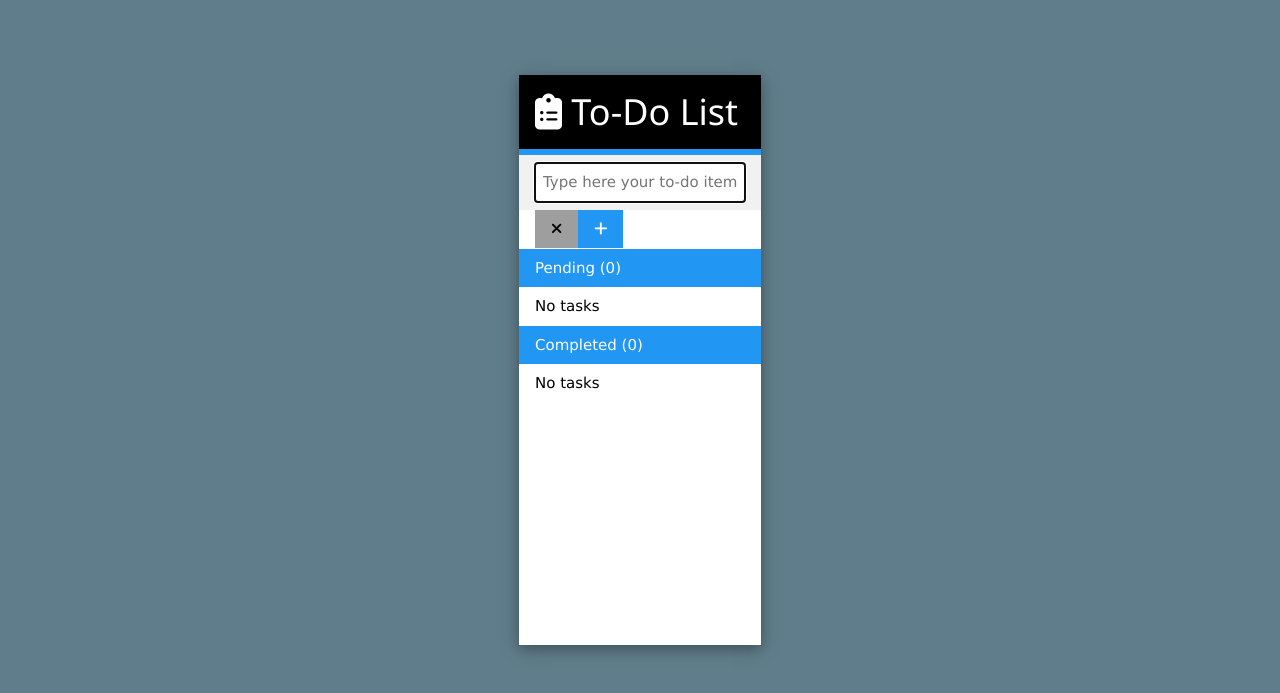
Repository: bclover/vue3-design-patterns-book
Page: /
The author's editor kept a copy of each file at every save. The page is drawn from the files as they stood at one save, then again after the next save.
The browser window is 1280 px wide. The pictures show the whole page.
The project was rebuilt for these pictures with package versions that can differ from the ones it lists, and the page was loaded fresh each time. Also part of the build but not shown: vite.config.ts.

Above is the page before, as saved 2023-06-19 22:28:25.

### index.html
<!DOCTYPE html>
<html lang="en">
    <head>
        <meta charset="UTF-8" />
        <link rel="icon" type="image/svg+xml" href="/vite.svg" />
        <link rel="stylesheet" href="/css/w3.css" />
        <link rel="stylesheet" href="/css/fontawesome.min.css" />
        <link rel="stylesheet" href="/css/solid.min.css" />
        <link rel="stylesheet" href="/css/brands.min.css" />
        <meta name="viewport" content="width=device-width, initial-scale=1.0" />
        <title>To Do</title>
    </head>
    <body>
        <div id="app"></div>
        <script type="module" src="/src/main.ts"></script>
    </body>
</html>

### src/App.vue
<script lang="ts" setup>
import ToDos from './components/ToDos.vue';
</script>

<template>
  <div class="app w3-blue-gray">
    <ToDos></ToDos>
  </div>
</template>

<style scoped>
.app {
  display: flex;
  justify-content: center;
  width: 100vw;
  min-height: 100vh;
  padding: 5rem;
}
</style>

### src/components/ToDos.vue
<script lang="ts" setup>
import { computed, ref } from 'vue';

interface ToDo {
  id: number;
  text: string;
  checked: boolean;
}
const _todo_text = ref('');
const _todo_list = ref<ToDo[]>([]);
const _pending = computed(() => {
  return _todo_list.value.filter((todo: ToDo) => !todo.checked);
});
const _done = computed(() => {
  return _todo_list.value.filter((todo: ToDo) => todo.checked);
});
function clearToDo(): void {
  _todo_text.value = '';
}
function addToDo() {
  if (_todo_text.value && _todo_text.value !== '') {
    _todo_list.value.push({
      id: new Date().valueOf(),
      text: _todo_text.value,
      checked: false,
    });
    clearToDo();
  }
}
</script>

<template>
  <div class="todo-container w3-white w3-card-4">
    <!-- Header -->
    <div class="w3-container w3-black w3-margin-0 w3-bottombar w3-border-blue">
      <h1>
        <i class="fa-solid fa-clipboard-list"></i>
        To-Do List
      </h1>
    </div>

    <!-- Remove & Add Buttons -->
    <div class="w3-container flex-container w3-light-gray w3-padding">
      <input
        class="w3-input w3-border-0"
        type="text"
        autofocus
        v-model="_todo_text"
        @keyup.enter="addToDo()"
        placeholder="Type here your to-do item..."
      />
    </div>

    <div class="w3-container">
      <button class="w3-button w3-gray" @click="clearToDo()">
        <i class="fa-solid fa-times"></i>
      </button>
      <button class="w3-button w3-blue" @click="addToDo()">
        <i class="fa-solid fa-plus"></i>
      </button>
    </div>

    <!-- Pending Todos Heading -->
    <div class="w3-padding w3-blue">Pending ({{ _pending.length }})</div>

    <!-- List of Pending Todos -->
    <div class="w3-padding" v-for="todo in _pending" :key="todo.id">
      <label>
        <input type="checkbox" v-model="todo.checked" />
        <span class="w3-margin-left">{{ todo.text }}</span>
      </label>
    </div>

    <!-- No Pending Tasks -->
    <div class="w3-padding" v-show="_pending.length == 0">No tasks</div>

    <!-- Completed Todos Heading -->
    <div class="w3-padding w3-blue">Completed ({{ _done.length }})</div>

    <!-- List of Completed Todos -->
    <div class="w3-padding" v-for="todo in _done" :key="todo.id">
      <label>
        <input type="checkbox" v-model="todo.checked" />
        <span class="w3-margin-left">{{ todo.text }}</span>
      </label>
    </div>

    <!-- No Completed Todos -->
    <div class="w3-padding" v-show="_done.length == 0">No tasks</div>
  </div>
</template>

Loaded but not shown: src/main.ts (common file); public/css/w3.css (library); public/css/fontawesome.min.css (library); public/css/solid.min.css (common file); public/css/brands.min.css (library)

After the next save:
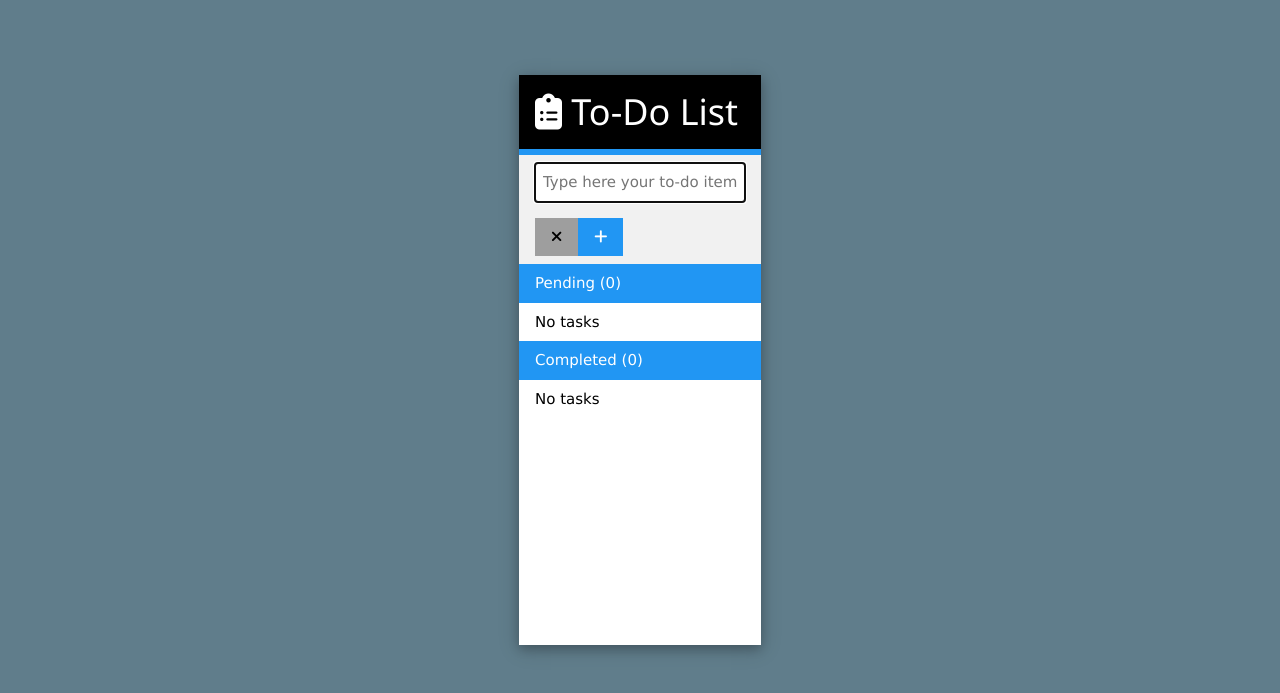
Saved 29 s later.
--- a/src/components/ToDos.vue
+++ b/src/components/ToDos.vue
@@ -51,7 +51,7 @@ function addToDo() {
       />
     </div>
 
-    <div class="w3-container">
+    <div class="w3-container flex-container w3-light-gray w3-padding">
       <button class="w3-button w3-gray" @click="clearToDo()">
         <i class="fa-solid fa-times"></i>
       </button>
